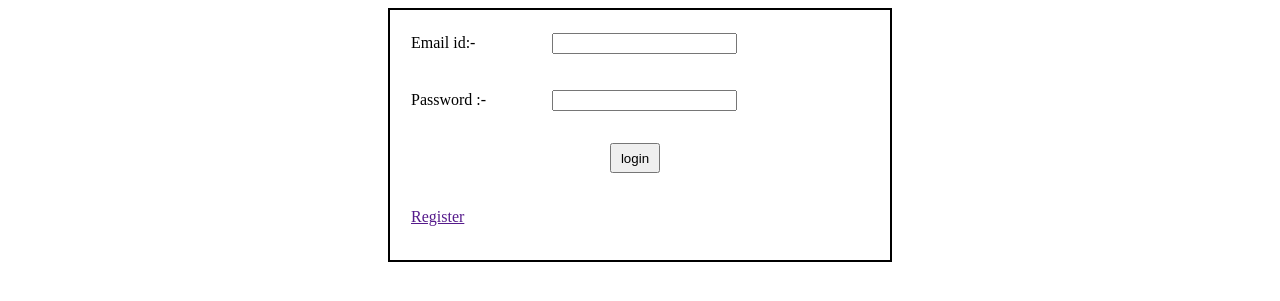
Repository: ShivrajMPujari/ServletApplication
Page: http://localhost/LoginReg/
The author's editor kept a copy of each file at every save. The page is drawn from the files as they stood at one save, then again after the next save.
The browser window is 1280 px wide. The pictures show the whole page.
The page is served by Tomcat 9. Other server files are loaded and not shown.

Above is the page before, as saved 2018-07-09 06:10:05.

### LoginReg/WebContent/index.html
<!DOCTYPE html>
<html>
<head>
<meta charset="UTF-8">
<title>Insert title here</title>
<link rel="stylesheet" href="index.css"/>
</head>
<body>

<div class="tableDiv">
<form action="">
<table class="loginTabel" cellspacing="10">
<tr>
	<td> Email id:- </td> <td> <input type="email" /></td>
</tr>

<tr>
	<td>Password :- </td> <td> <input type="password" /> </td>
</tr>

<tr>
<td colspan="2"  class="submitButton"  > <input class="btn"type="submit" value="login" /></td>
</tr>

<tr>
<td colspan="2" class="register"> <a href="">Register</a></td>
</tr>
</table>
</form>
</div>
</body>
</html>

### LoginReg/WebContent/index.css
@CHARSET "UTF-8";

.tableDiv{
	height:250px;
	width:500px;
	margin:auto;
	border:2px solid black;
}
.loginTabel{

	height:240px;
	width:480px;
	margin:auto;

}
tr{
	height: 30px;
}
.submitButton{
	padding-left:200px;

}
.btn{
	height: 30px;
	width:50px;
}

After the next save:
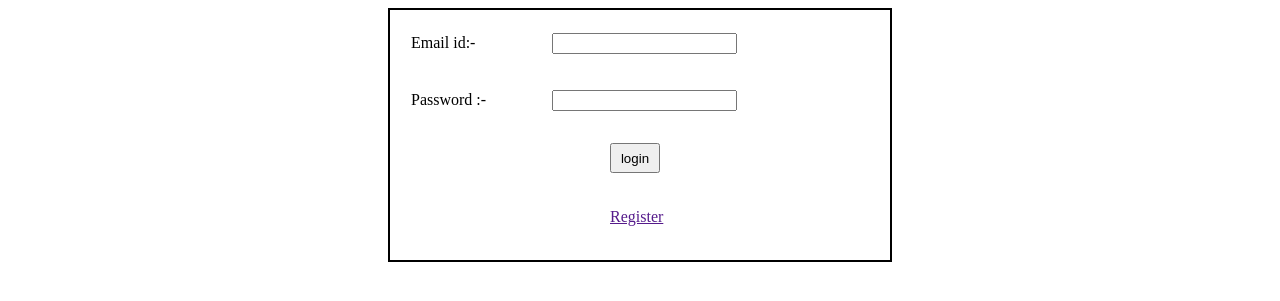
Saved 37 s later.
--- a/LoginReg/WebContent/index.css
+++ b/LoginReg/WebContent/index.css
@@ -24,3 +24,7 @@ tr{
 	height: 30px;
 	width:50px;
 }
+.register{
+
+	padding-left:200px;
+}
